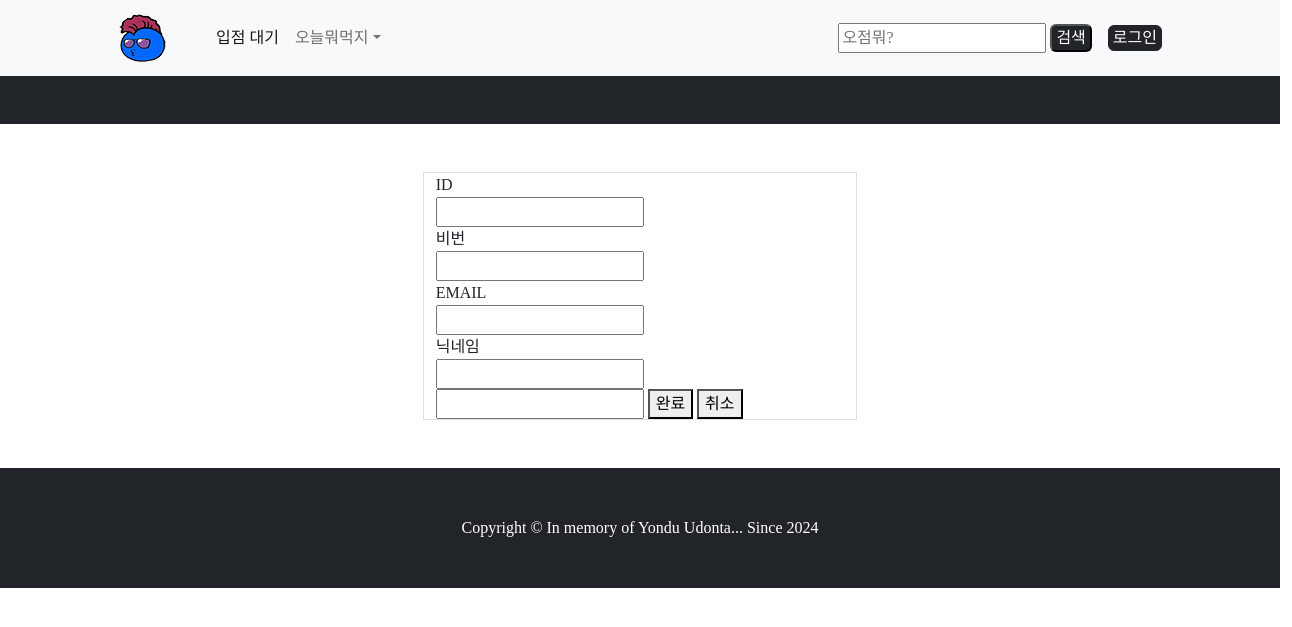
Repository: ashwan94/ydzone
Page: http://localhost/YonduZone/signUp
The author's editor kept a copy of each file at every save. The page is drawn from the files as they stood at one save, then again after the next save.
The browser window is 1280 px wide. The page is 1292 px wide, so the pictures cover 1292 px, including what lies to the right of the window. The pictures show the whole page.
Some web fonts or font styles are not loaded; a fallback is used. The page is served by Tomcat 9. Other server files are loaded and not shown.

Above is the page before, as saved 2024-05-01 11:02:04.

### YonduZone/src/main/webapp/WEB-INF/views/common/signUp.jsp
<%@ page language="java" contentType="text/html; charset=UTF-8"
	pageEncoding="UTF-8"%>
<jsp:include page="/WEB-INF/views/common/header.jsp">
	<jsp:param value="회원가입" name="title" />
</jsp:include>

<div class="row my-5">
	<div class="col-4"></div>
	<div class="col-4 border">
		<form action="/signUp" method="post" id="signUpForm">
			<label>
				<div>ID</div>
				<input type="text" name="id">
			</label>
			<label>
				<div>비번</div>
				<input type="password" name="pw">
			</label>
			<label>
				<div>EMAIL</div>
				<input type="email" name="email">
			</label>
			<label>
				<div>닉네임</div>
				<input type="text" name="nickName">
			</label>
			<input type="text" value="${msg }" id="msg">
			<button type="submit" id="submitBtn">완료</button>
			<button type="button" id="backBtn">취소</button>
		</form>
	</div>
	<div class="col-4"></div>
</div>


<script>
	const msgEl = document.querySelector("#msg");
	if(msgEl.value != ""){
		alert(msgEl.value);
	}

	const submitBtn = document.querySelector("#submitBtn");
	const backBtn = document.querySelector("#backBtn");

	submitBtn.addEventListener("click", function(e) {
		e.preventDefault();

		const idEl = document.querySelector("[name='id']");
		const pwEl = document.querySelector("[name='pw']");
		const emailEl = document.querySelector("[name='email']");
		const nickNameEl = document.querySelector("[name='nickName']");

		if(idEl.value == "" || pwEl.value == "" || emailEl.value == "" || nickNameEl.value == "") {
			alert("누락된 정보가 있습니다.");
		}else{
			const form = document.querySelector("#signUpForm");
			form.submit();
		}
	})

	backBtn.addEventListener("click", function() {
		history.back();
	});


</script>
<jsp:include page="/WEB-INF/views/common/footer.jsp" />

### YonduZone/src/main/webapp/WEB-INF/views/common/header.jsp
<%@ page language="java" contentType="text/html; charset=UTF-8"
	pageEncoding="UTF-8"%>
<%@ taglib prefix="c" uri="http://java.sun.com/jsp/jstl/core"%>
<!DOCTYPE html>
<html lang="en">
<head>
<meta charset="UTF-8">
<meta name="viewport"
	content="width=device-width, initial-scale=1, shrink-to-fit=no" />
<meta name="description" content="" />
<meta name="author" content="" />
<!-- Favicon-->
<link rel="icon" type="image/x-icon" href="assets/favicon.ico" />
<!-- Bootstrap icons-->
<link
	href="https://cdn.jsdelivr.net/npm/bootstrap-icons@1.5.0/font/bootstrap-icons.css"
	rel="stylesheet" />
<!-- Core theme CSS (includes Bootstrap)-->
<link href="/Bootstrap/css/styles.css" rel="stylesheet" />
<title>${param.title }</title>
<style>
	a{
		text-decoration:none;
		color:black;
	}
	a:hover{
		color:rgb(57, 151, 255);
	}

	@font-face {
    font-family: 'SUIT-Regular';
    src: url('https://cdn.jsdelivr.net/gh/projectnoonnu/noonfonts_suit@1.0/SUIT-Regular.woff2') format('woff2');
    font-weight: normal;
    font-style: normal;
	}

	* {
		font-family: 'SUIT-Regular';
	}
</style>

</head>
<body>
	<header>
		<nav class="navbar navbar-expand-lg navbar-light bg-light">
			<div class="container px-4 px-lg-5">
				<a class="navbar-brand" href="/main"><img src="${pageContext.request.contextPath }/Source/header/logo/main_logo.png" alt="Welcome to YouduZone!"></a>
				<button class="navbar-toggler" type="button" data-bs-toggle="collapse" data-bs-target="#navbarSupportedContent" aria-controls="navbarSupportedContent" aria-expanded="false" aria-label="Toggle navigation">
					<span class="navbar-toggler-icon"></span>
				</button>
				<div class="collapse navbar-collapse" id="navbarSupportedContent">
					<ul class="navbar-nav me-auto mb-2 mb-lg-0 ms-lg-4">
						<li class="nav-item">
							<a class="nav-link active" aria-current="page" href="/restaurant/stanby?userNo=${sessionScope.user.no }" data-value="${sessionScope.user.no }" id="stanbyRestaurant">입점 대기</a>
						</li>
						<li class="nav-item dropdown">
                            <a class="nav-link dropdown-toggle" id="navbarDropdown" href="#" role="button" data-bs-toggle="dropdown" aria-expanded="false">오늘뭐먹지</a>
                            <ul class="dropdown-menu text-center" aria-labelledby="navbarDropdown">
                                <li><a class="dropdown-item" href="/restaurant/category?category=밥">밥</a></li>
                                <li><a class="dropdown-item" href="/restaurant/category?category=국/찌개">국/찌개</a></li>
                                <li><a class="dropdown-item" href="/restaurant/category?category=면/분식">면/분식</a></li>
                                <li><a class="dropdown-item" href="/restaurant/category?category=야식">야식</a></li>
                            </ul>
                        </li>
					</ul>

					<form action="/restaurant/search" method="get" class="d-flex">
						<label>
							<input type="text" name="searchWord" placeholder="오점뭐?" id="searchBar">
							<button type="submit" class="badge bg-dark text-white fs-6 rounded-25 p-1 fw-normal me-3">검색</button>
						</label>
					</form>
					<c:choose>
						<c:when test="${not empty sessionScope.user }">
							<a href="/restaurant/add" class="badge d-flex bg-dark text-white mx-2 p-1 rounded-25 fs-6 fw-normal">밥집 추가</a>
							<a href="/user/view"><span class="badge bg-dark text-white p-1 rounded-25 fs-6 fw-normal me-2">${sessionScope.user.nickName } 님</span></a>
							<form action="/logout" method="get">
								<button type="submit" class="d-flex badge bg-dark text-white p-1 rounded-25 fs-6 fw-normal">로그아웃</button>
							</form>
						</c:when>
						<c:otherwise>
							<form action="/login" method="get" class="d-flex">
								<button type="submit" class="badge btn btn-outline-dark bg-dark text-white p-1 rounded-25 fs-6 fw-normal">로그인</button>
							</form>
							<input type="hidden" id="loginCheck" value="${empty sessionScope.user }">
						</c:otherwise>
					</c:choose>
				</div>
			</div>
		</nav>
		<div class="container-fluid bg-dark p-3">
			<div class="text-center text-white my-3">
				<h1 class="display-4 fw-bolder">${param.center }</h1>
				<p class="lead fw-normal text-white-50 mb-0">${param.content }</p>
			</div>
		</div>
	</header>

### YonduZone/src/main/webapp/WEB-INF/views/common/footer.jsp
<%@ page language="java" contentType="text/html; charset=UTF-8"
	pageEncoding="UTF-8"%>
<footer class="py-5 bg-dark">
<div class="container">
	<p class="m-0 text-center text-white">Copyright &copy; In memory of Yondu Udonta... Since 2024</p>
</div>
</footer>
<!-- Bootstrap core JS-->
<script src="https://cdn.jsdelivr.net/npm/bootstrap@5.3.3/dist/js/bootstrap.bundle.min.js"></script>
<!-- Core theme JS-->
<script src="/Bootstrap/js/scripts.js"></script>
<script>
	const priceEl = document.querySelectorAll(".price");

	priceEl.forEach(el => {
		if(el == null) {
			console.log("There are no any price elements");
		} else{
			el.innerText = parseInt(el.innerText).toLocaleString() + "원";
		}
	})

	/* const searchBar = document.querySelector("#searchBar");
	searchBar.select(); */

	const loginCheck = document.querySelector("#loginCheck");
	const stanbyRestaurant = document.querySelector("#stanbyRestaurant");

	stanbyRestaurant.addEventListener("click", function(e) {
		e.preventDefault();

		if(loginCheck) {
			alert("로그인 이후 이용 가능합니다.");
			location.href = "/login";
		}else{
			location.href = "/restaurant/stanby?userNo=" + stanbyRestaurant.getAttribute("data-value");
		}
	})
</script>
</body>
</html>

### YonduZone/src/main/java/common/SignUpServlet.java
package common;

import java.io.IOException;
import java.net.URLEncoder;

import javax.servlet.ServletContext;
import javax.servlet.ServletException;
import javax.servlet.annotation.WebServlet;
import javax.servlet.http.HttpServlet;
import javax.servlet.http.HttpServletRequest;
import javax.servlet.http.HttpServletResponse;

import org.apache.ibatis.session.SqlSession;

import user.UserService;
import user.UserVO;

/**
 * Servlet implementation class SignUpServlet
 */
@WebServlet("/signUp")
public class SignUpServlet extends HttpServlet {
	private UserService service;

	@Override
		public void init() throws ServletException {
			ServletContext servletContext = getServletContext();
			SqlSession session = (SqlSession) servletContext.getAttribute("sqlSession");
			this.service = new UserService(session);
		}

	protected void doGet(HttpServletRequest request, HttpServletResponse response) throws ServletException, IOException {
		request.getRequestDispatcher("/WEB-INF/views/common/signUp.jsp").forward(request, response);
	}

	protected void doPost(HttpServletRequest request, HttpServletResponse response) throws ServletException, IOException {
		String id = request.getParameter("id");
		String pw = request.getParameter("pw");
		String email = request.getParameter("email");
		String nickName = request.getParameter("nickName");

		UserVO checkUser = service.getUser(new UserVO(id, pw));

		if(checkUser == null) {
			int insertUser = service.insertUser(new UserVO(id, pw, email, nickName));

			if(insertUser > 0) {
				String msg = URLEncoder.encode("회원가입이 완료되었습니다!", "UTF-8");
				response.sendRedirect("/login?msg=" + msg);
			}

		}else {
			request.setAttribute("msg", "이미 존재하는 계정입니다.");
			request.getRequestDispatcher("/WEB-INF/views/common/signUp.jsp").forward(request, response);
		}


	}

}

Loaded but not shown: YonduZone/src/main/webapp/Bootstrap/css/styles.css (library); YonduZone/src/main/webapp/Bootstrap/js/scripts.js (common file)

After the next save:
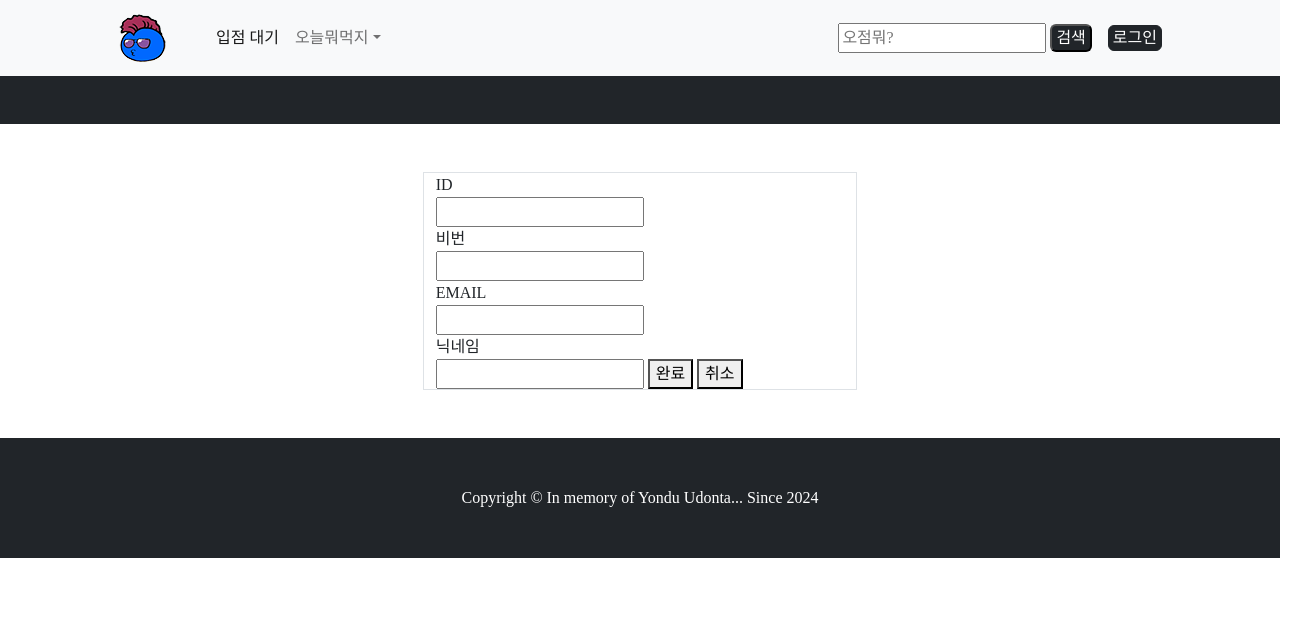
Saved 18 s later.
--- a/YonduZone/src/main/webapp/WEB-INF/views/common/signUp.jsp
+++ b/YonduZone/src/main/webapp/WEB-INF/views/common/signUp.jsp
@@ -24,7 +24,7 @@
 				<div>닉네임</div>
 				<input type="text" name="nickName">
 			</label>
-			<input type="text" value="${msg }" id="msg">
+			<input type="hidden" value="${msg }" id="msg">
 			<button type="submit" id="submitBtn">완료</button>
 			<button type="button" id="backBtn">취소</button>
 		</form>
